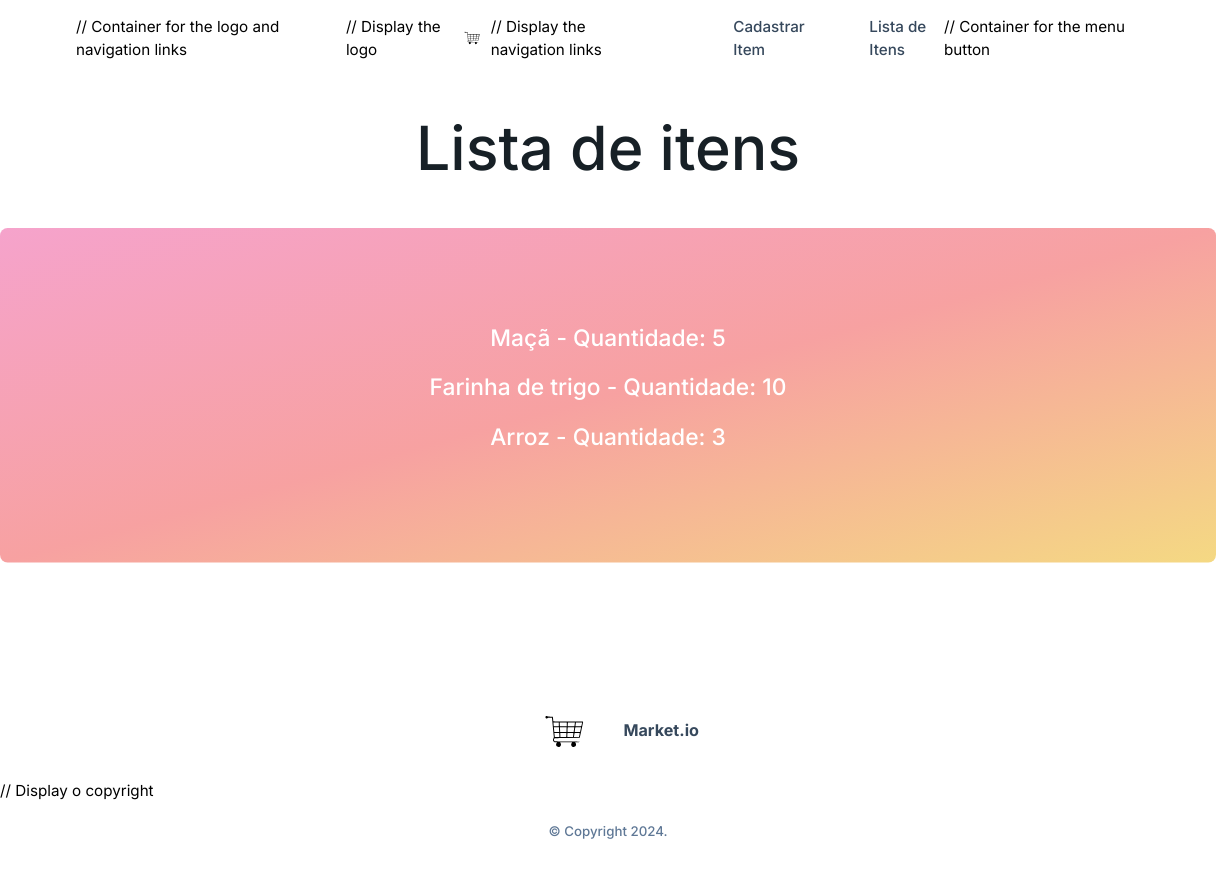
Repository: saraalves09/Avaliacao-01
Page: /list
The author's editor kept a copy of each file at every save. The page is drawn from the files as they stood at one save, then again after the next save.
The browser window is 1280 px wide. The pictures show the whole page, at 95% of full size.
The project was rebuilt for these pictures with package versions that can differ from the ones it lists, and the page was loaded fresh each time. The framework's server and built-in components were replaced by stand-ins that run in the browser. Also part of the build but not shown: next.config.mjs.

Above is the page before, as saved 2024-04-24 14:00:13.

### app/layout.tsx
import type { Metadata } from "next";
import { Inter } from "next/font/google";
import "./globals.css";

const inter = Inter({ subsets: ["latin"] });

export const metadata: Metadata = {
  title: "market.io",
  description: "Generated by create next app",
};

export default function RootLayout({
  children,
}: Readonly<{
  children: React.ReactNode;
}>) {
  return (
    <html lang="en">
      <body className={inter.className}>{children}</body>
    </html>
  );
}

### app/list/page.tsx
import { Footer } from "../components/Footer";
import { Navbar } from "../components/Navbar";
import { List } from "../components/List"

export default function Home() {
  return (
    <>
      <Navbar />
      <List/>
      <Footer />
    </>
  );
}

### app/components/Footer.tsx
// Import the necessary dependencies
import Image from "next/image";
import Logo from "../../public/assets/Logo.svg";

// Define Footer
export function Footer() {
  // JSX
  return (
    <div className="pt-[80px] pb-[40px]">
      <div className="flex items-center justify-center gap-x-[12px]">
        <Image src={Logo} alt="Logo" style={{ width: '100px', height: 'auto' }} />
        <p className="font-bold text-[#36485C] text-[17px]">Market.io</p>
      </div>
      // Display o copyright
      <p className="pt-[56px] text-center text-[14px] font-medium text-[#5F7896] sm:pt-5">
        © Copyright 2024.
      </p>
    </div>
  );
}

### app/components/Navbar.tsx
// Import the necessary dependencies
import Image from "next/image";
import Logo from "../../public/assets/Logo.svg";
import Menu from "../../public/assets/Menu.svg";
import Link from 'next/link';

// Define links de navegação
const navLinks = [
  { name: "Cadastrar Item", path: '/' },
  { name: "Lista de Itens", path: '/list/' },
];

// Define Navbar
export function Navbar() {
  //JSX
  return (
    <nav className="flex w-full items-center justify-between px-[20px] py-[16px] lg:container lg:mx-auto lg:px-20">
      // Container for the logo and navigation links
      <div className="flex items-center">
        // Display the logo
        <Image src={Logo} alt="Logo" className="w-10 h-auto" />

        // Display the navigation links
        <div className="hidden lg:flex pl-[74px] gap-x-[56px]">
          {
            // Mapeia os links de navegação e renderiza um componente para cada
            navLinks.map((link, index) => (
              <Link href={link.path} key={index}>
                <p className="text-[#36485C] font-medium">{link.name}</p>
              </Link>
            ))
          }
        </div>
      </div>

      // Container for the menu button
      <div className="flex gap-x-5">
        <Image src={Menu} alt="Menu Button" className="lg:hidden" />
      </div>
    </nav>
  );
}

### app/components/List.tsx
export function List() {
  return (
    <div className="pt-4 lg:pt-10">
    <div className="px-[20px] lg:px-[50px]">
    <h1 className="text-center text-[32px] leading-[40px] font-medium text-[#172026] lg:text-[64px] lg:leading-[72px]">
          Lista de itens
      </h1>
    </div>
    <div className="w-full rounded-lg bg-gradient-to-br from-pink-500/50 via-red-500/50 to-yellow-500/50 py-8 px-4 text-center lg:my-12 lg:px-10 lg:py-20">

      <div className="flex justify-center text-center text-[20px] text-white text-lg lg:text-2xl font-medium mb-2 lg:mb-4">
      <ul style={{ marginTop: '20px', paddingInlineStart: '0' }}>
        <li style={{ marginBottom: '20px' }}>Maçã - Quantidade: 5</li>
        <li style={{ marginBottom: '20px' }}>Farinha de trigo - Quantidade: 10</li>
        <li style={{ marginBottom: '20px' }}>Arroz - Quantidade: 3</li>
      </ul>
      </div>
      <div className="relative flex h-full w-full justify-center">
        <div className="px-[20px] lg:container lg:px-20 mx-auto"></div>
      </div>
    </div>
    </div>
  );
}

Loaded but not shown: app/globals.css (common file); tailwind.config.ts (common file)

After the next save:
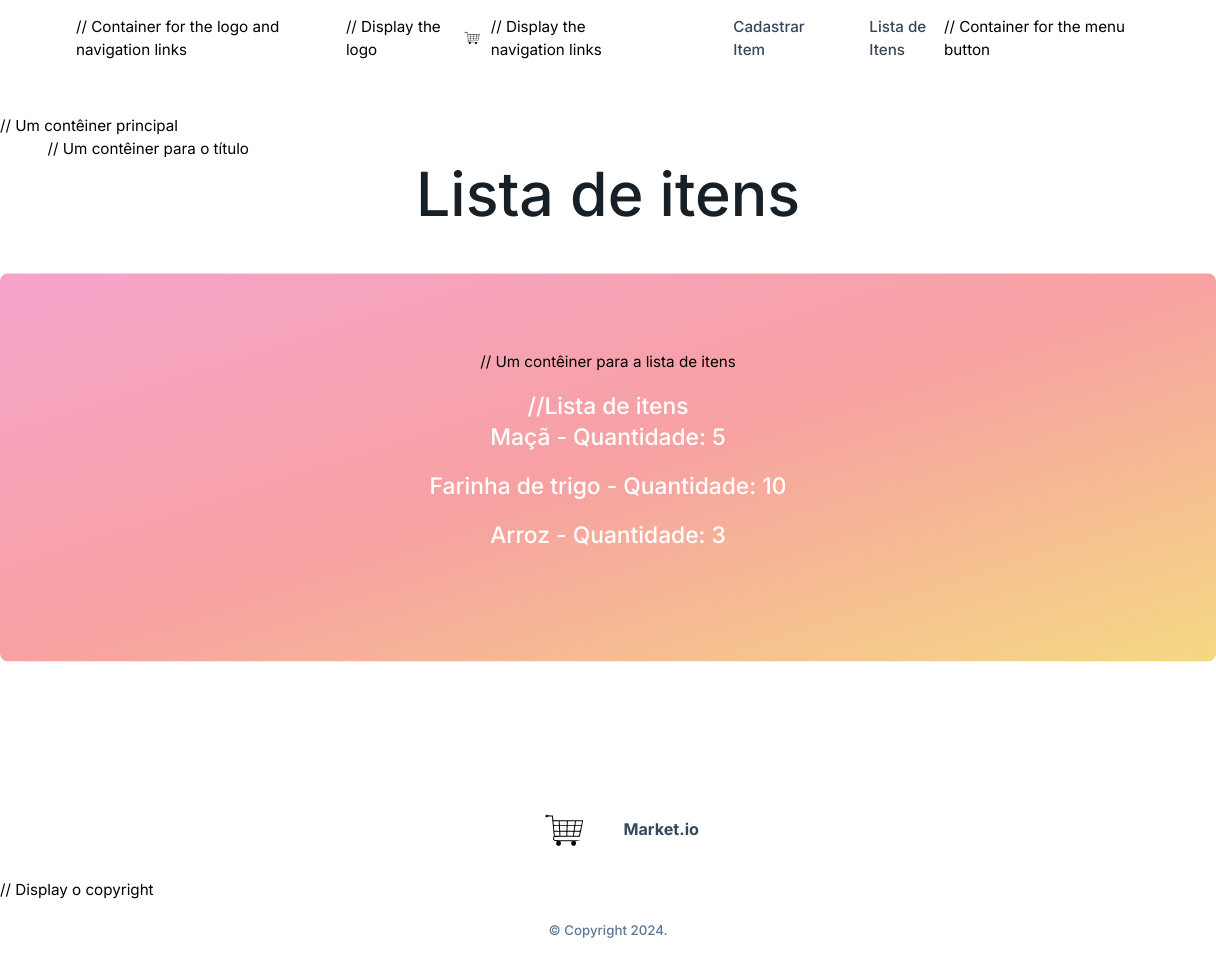
Saved 8 min 12 s later.
--- a/app/components/List.tsx
+++ b/app/components/List.tsx
@@ -1,24 +1,25 @@
+// Esta é uma função chamada List que retorna um componente em JSX.
 export function List() {
   return (
-    <div className="pt-4 lg:pt-10">
-    <div className="px-[20px] lg:px-[50px]">
-    <h1 className="text-center text-[32px] leading-[40px] font-medium text-[#172026] lg:text-[64px] lg:leading-[72px]">
+    <div className="pt-4 lg:pt-10"> // Um contêiner principal
+      <div className="px-[20px] lg:px-[50px]"> // Um contêiner para o título
+        <h1 className="text-center text-[32px] leading-[40px] font-medium text-[#172026] lg:text-[64px] lg:leading-[72px]">
           Lista de itens
-      </h1>
-    </div>
-    <div className="w-full rounded-lg bg-gradient-to-br from-pink-500/50 via-red-500/50 to-yellow-500/50 py-8 px-4 text-center lg:my-12 lg:px-10 lg:py-20">
-
-      <div className="flex justify-center text-center text-[20px] text-white text-lg lg:text-2xl font-medium mb-2 lg:mb-4">
-      <ul style={{ marginTop: '20px', paddingInlineStart: '0' }}>
-        <li style={{ marginBottom: '20px' }}>Maçã - Quantidade: 5</li>
-        <li style={{ marginBottom: '20px' }}>Farinha de trigo - Quantidade: 10</li>
-        <li style={{ marginBottom: '20px' }}>Arroz - Quantidade: 3</li>
-      </ul>
+        </h1>
       </div>
-      <div className="relative flex h-full w-full justify-center">
-        <div className="px-[20px] lg:container lg:px-20 mx-auto"></div>
+      <div className="w-full rounded-lg bg-gradient-to-br from-pink-500/50 via-red-500/50 to-yellow-500/50 py-8 px-4 text-center lg:my-12 lg:px-10 lg:py-20">
+        // Um contêiner para a lista de itens
+        <div className="flex justify-center text-center text-[20px] text-white text-lg lg:text-2xl font-medium mb-2 lg:mb-4">
+          <ul style={{ marginTop: '20px', paddingInlineStart: '0' }}>
+            //Lista de itens
+            <li style={{ marginBottom: '20px' }}>Maçã - Quantidade: 5</li>
+            <li style={{ marginBottom: '20px' }}>Farinha de trigo - Quantidade: 10</li>
+            <li style={{ marginBottom: '20px' }}>Arroz - Quantidade: 3</li>
+          </ul>
+        </div>
+        <div className="relative flex h-full w-full justify-center">
+        </div>
       </div>
-    </div>
     </div>
   );
 }
